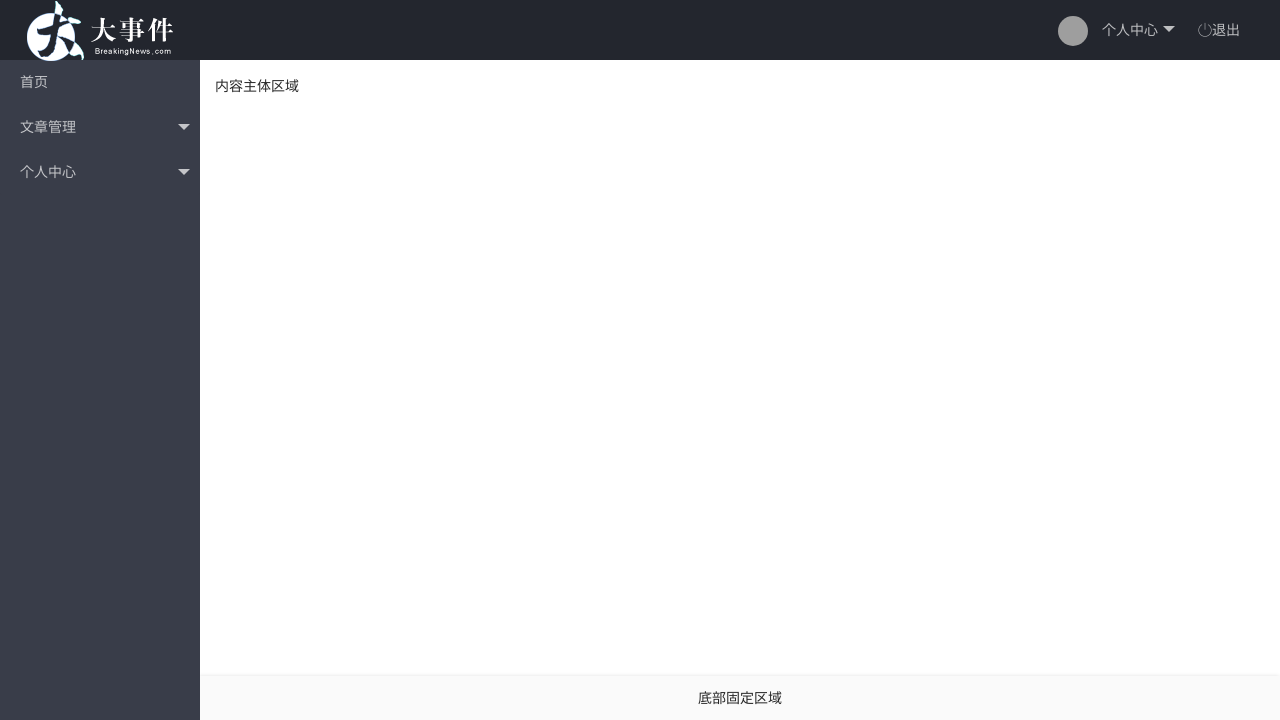
Repository: 1zhoukexin/web_aad
Page: index.html
The author's editor kept a copy of each file at every save. The page is drawn from the files as they stood at one save, then again after the next save.
The browser window is 1280 px wide. The pictures show the whole page.
Pictures or frames that could not be fetched are drawn as grey boxes.

Above is the page before, as saved 2021-04-16 20:03:37.

After the next save:
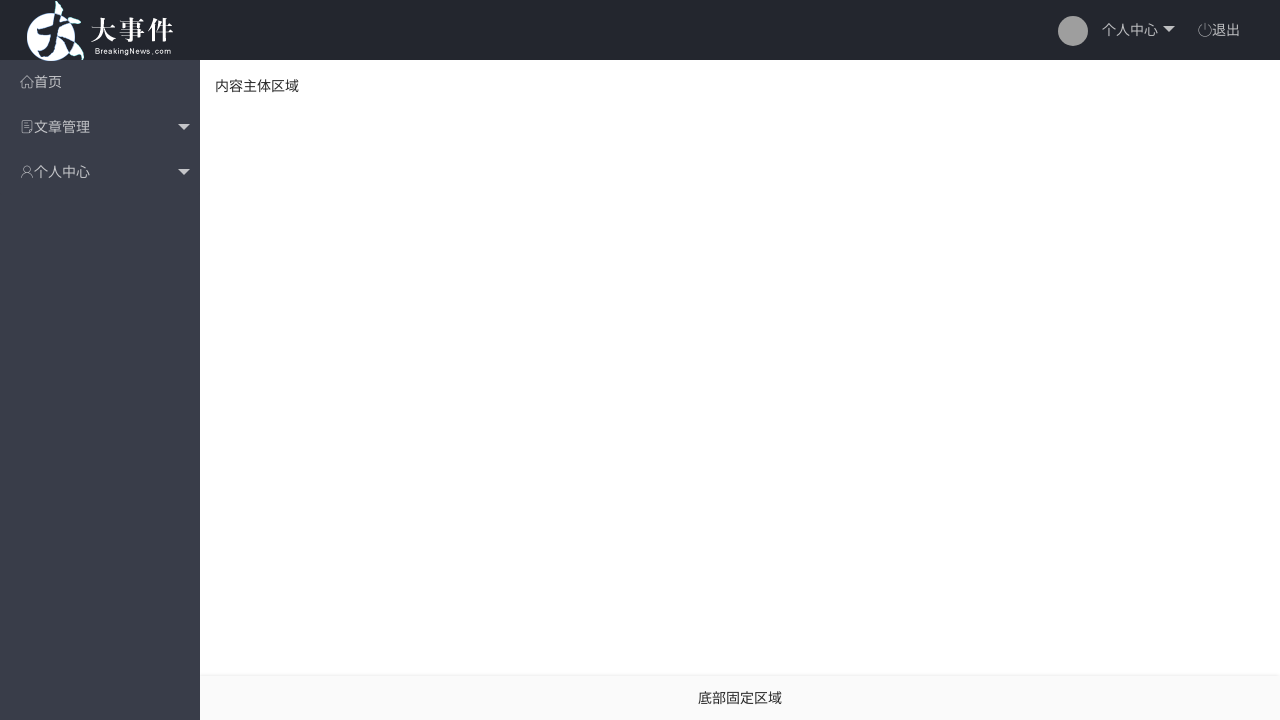
Saved 104 s later.
--- a/index.html
+++ b/index.html
@@ -42,9 +42,13 @@
             <div class="layui-side-scroll">
                 <!-- 左侧导航区域（可配合layui已有的垂直导航） -->
                 <ul class="layui-nav layui-nav-tree" lay-shrink="all">
-                    <li class="layui-nav-item"><a href="javascript:;">首页</a></li>
                     <li class="layui-nav-item">
-                        <a class="" href="javascript:;">文章管理</a>
+                        <a href="javascript:;">
+                            <span class="iconfont icon-home"></span>首页</a>
+                    </li>
+                    <li class="layui-nav-item">
+                        <a class="" href="javascript:;">
+                            <span class="iconfont icon-16"></span>文章管理</a>
                         <dl class="layui-nav-child">
                             <dd><a href="javascript:;">文章类别</a></dd>
                             <dd><a href="javascript:;">文章列表</a></dd>
@@ -53,7 +57,8 @@
                         </dl>
                     </li>
                     <li class="layui-nav-item">
-                        <a href="javascript:;">个人中心</a>
+                        <a href="javascript:;">
+                            <span class="iconfont icon-user"></span>个人中心</a>
                         <dl class="layui-nav-child">
                             <dd><a href="javascript:;">基本资料</a></dd>
                             <dd><a href="javascript:;">更换头像</a></dd>
